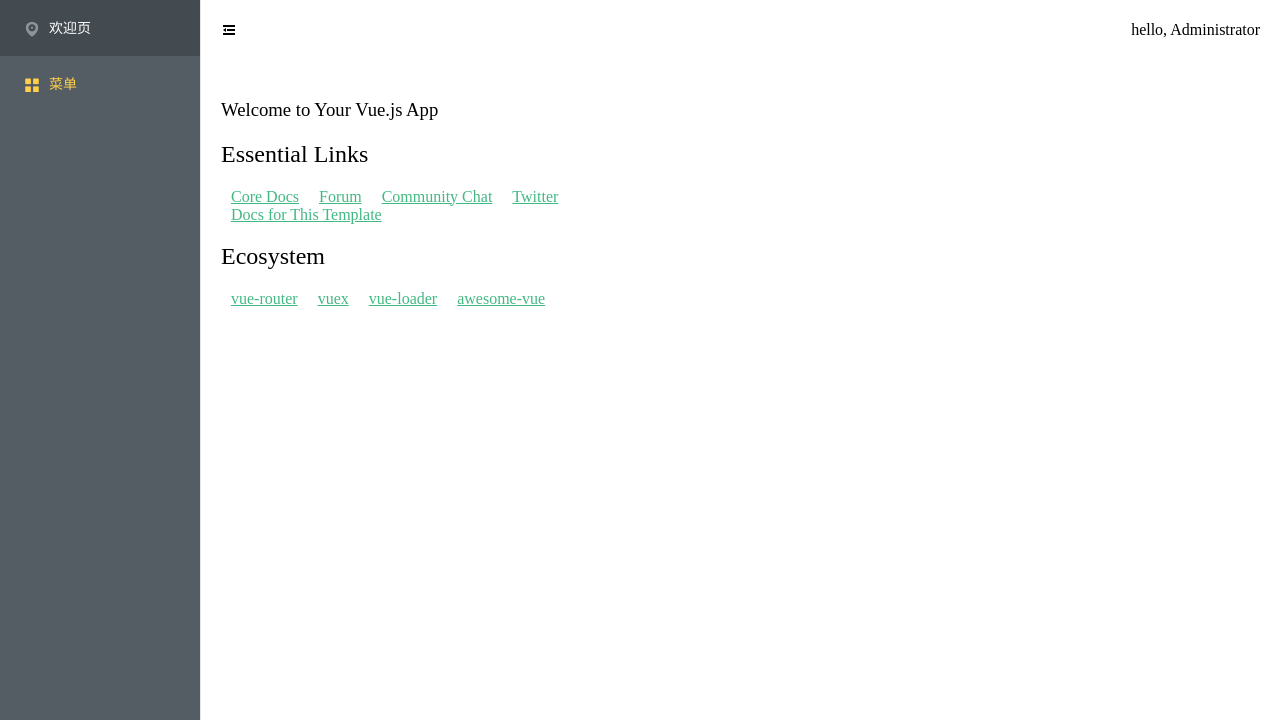
Repository: qianxuebing/admin
Page: /HelloWorld
An editor plug-in stored every save of this project. The page is shown before and after the next save, followed by the edit.
The browser window is 1280 px wide. The pictures show the whole page.
The project was rebuilt for these pictures with package versions that can differ from the ones it lists, and the page was loaded fresh each time. Imported but missing from the stored project, and not drawn on this page: src/views/home/Home.

Above is the page before, as saved 2019-12-09 16:09:36.

### src/main.js
// The Vue build version to load with the `import` command
// (runtime-only or standalone) has been set in webpack.base.conf with an alias.
import Vue from 'vue'
import App from './App'
import router from './router'
import ElementUI from 'element-ui'
import 'element-ui/lib/theme-chalk/index.css'
import store from './store/index'

Vue.use(ElementUI)

Vue.config.productionTip = false

/* eslint-disable no-new */
new Vue({
  el: '#app',
  router,
  store,
  components: { App },
  template: '<App/>'
})

### src/App.vue
<template>
  <div id="app">
    <router-view/>
  </div>
</template>

<script>
export default {
  name: 'App'
}
</script>

<style>
html,body {
  height: 100%;
  overflow: hidden;
  margin: 0;
  padding: 0;
}
  #app {
    height: 100%;
  }
</style>

### src/router/index.js
import Vue from 'vue'
import Router from 'vue-router'
import HelloWorld from '@/components/HelloWorld'
import Home from '@/views/home/Home'
import Layout from '@/views/layout/Layout'

Vue.use(Router)

export default new Router({
  mode: 'history',
  routes: [
    {
      path: '/',
      name: 'Layout',
      component: Layout,
      children: [
        {
          path: '/',
          name: 'Home',
          component: Home
        },
        {
          path: '/HelloWorld',
          name: 'HelloWorld',
          component: HelloWorld
        }
      ]
    }
  ]
})

### src/store/index.js
import Vue from 'vue'
import Vuex from 'vuex'

Vue.use(Vuex)

const store = new Vuex.Store({
  state: {
    isActive: false
  },
  getters: {

  },
  mutations: {
    TOGGLE_SIDEBAR (state) {
      state.isActive = !state.isActive
    }
  },
  actions: {
    toggleSideBar ({commit}) {
      commit('TOGGLE_SIDEBAR')
    }
  }
})

export default store

### src/views/layout/Layout.vue
<template>
  <el-container class="container">
      <side-bar></side-bar>
      <el-container>
          <el-header>
            <nav-bar></nav-bar>
          </el-header>
          <el-main>
            <component :is="currentView"></component>
          </el-main>
      </el-container>
  </el-container>
</template>

<script>
import SideBar from '../../components/SideBar'
import NavBar from '../../components/NavBar'
import AppMain from '../../components/AppMain'
export default {
  data () {
    return {
      currentView: 'AppMain'
    }
  },
  components: {
    SideBar,
    NavBar,
    AppMain
  }
}
</script>

<style lang="scss">
  .container {
    height: 100%;
  }
</style>

### src/components/SideBar.vue
<template>
  <el-menu router :default-active="$route.path" class="el-menu-vertical-demo menu" :collapse="isActive" background-color="#545c64" text-color="#fff"  acitve-background-color="#001528" active-text-color="#ffd04b">
    <template v-for="item in sideBarData">
      <el-menu-item :index="item.path" :key="item.id">
        <i :class="item.icon"></i>
        <span slot="title">{{ item.title }}</span>
      </el-menu-item>
    </template>
  </el-menu>
</template>

<script>
import { mapState } from 'vuex'
import sideBarData from './mock.js'
export default {
  data () {
    return {
      sideBarData: sideBarData
    }
  },
  computed: {
    ...mapState(['isActive'])
  }
}
</script>

<style>
  .menu {
    height: 100%;
    overflow: auto;
  }
  .el-menu-vertical-demo:not(.el-menu--collapse) {
    width: 200px;
  }
</style>

### src/components/NavBar.vue
<template>
  <div class="header-inner">
    <i :class="`${isActive ? 'el-icon-s-unfold' : 'el-icon-s-fold'}`" @click="toggleSideBar"></i>
    <span>hello, Administrator</span>
  </div>
</template>

<script>
import { mapState } from 'vuex'
export default {
  computed: {
    ...mapState(['isActive'])
  },
  methods: {
    toggleSideBar () {
      this.$store.dispatch('toggleSideBar')
    }
  }
}
</script>

<style lang='scss'>
.header-inner {
	height: 60px;
	display: flex;
	align-items: center;
	justify-content: space-between;
}
</style>

### src/components/AppMain.vue
<template>
  <transition name="fade" mode="out-in">
    <router-view></router-view>
  </transition>
</template>

<script>

</script>

<style lang='scss'>
  .fade-enter-active, .fade-leave-active {
    transition: opacity .5s;
  }
  .fade-enter, .fade-leave-to /* .fade-leave-active below version 2.1.8 */ {
    opacity: 0;
  }
</style>

### src/components/mock.js
const sideBarData = [
  {
    id: '01',
    path: '/',
    title: '欢迎页',
    icon: 'el-icon-location'
  }, {
    id: '02',
    path: '/HelloWorld',
    title: '菜单',
    icon: 'el-icon-menu'
  }
]

export default sideBarData

Loaded but not shown: index.html (common file); src/components/HelloWorld.vue (common file)

After the next save:
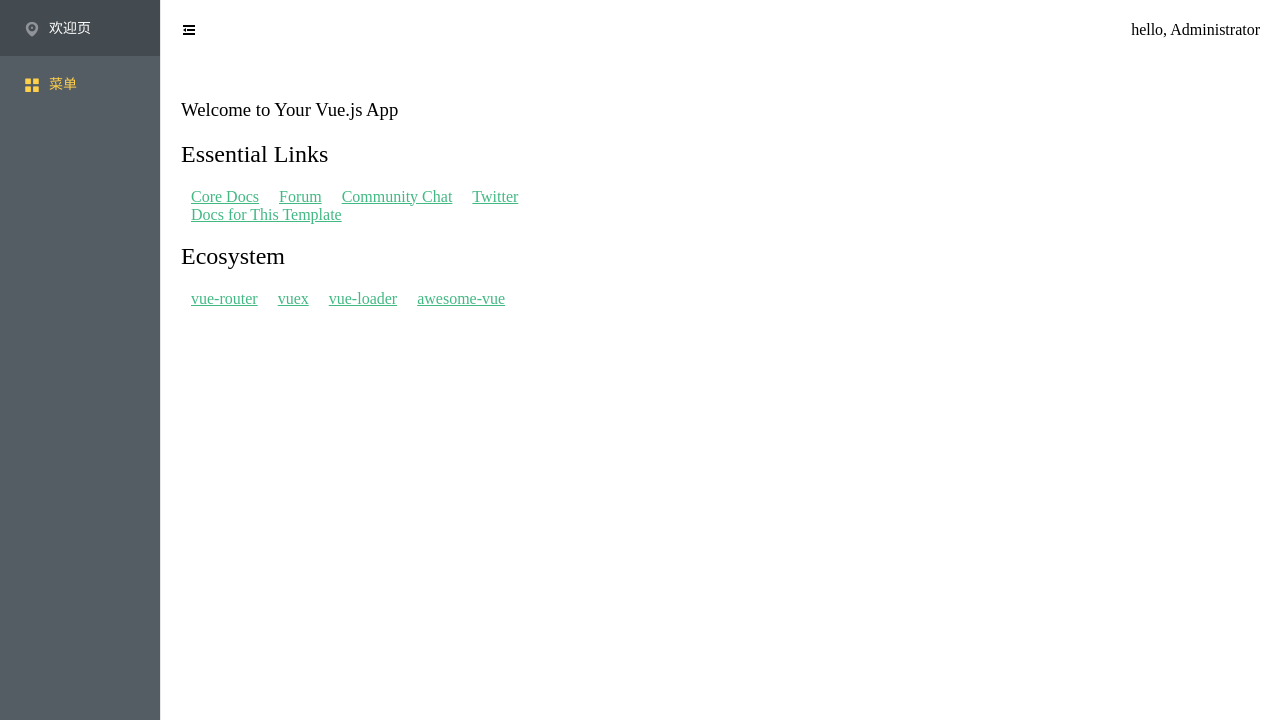
Saved 10 s later.
--- a/src/components/SideBar.vue
+++ b/src/components/SideBar.vue
@@ -30,6 +30,6 @@ export default {
     overflow: auto;
   }
   .el-menu-vertical-demo:not(.el-menu--collapse) {
-    width: 200px;
+    width: 160px;
   }
 </style>
